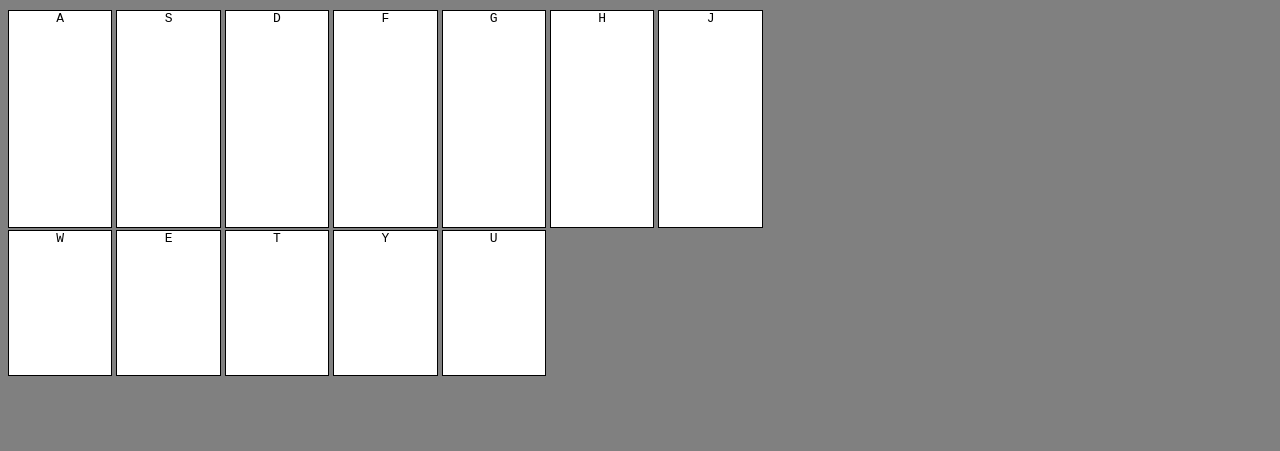
Repository: ctcoleman/Virtual-Piano
Page: index.html
These files come from the project's save history. The page is drawn as it stood at one moment and after a run of saves; the edit follows.
The browser window is 1280 px wide. The pictures show the whole page.

Above is the page before, as saved 2020-07-20 08:45:07.

After the next 2 saves:
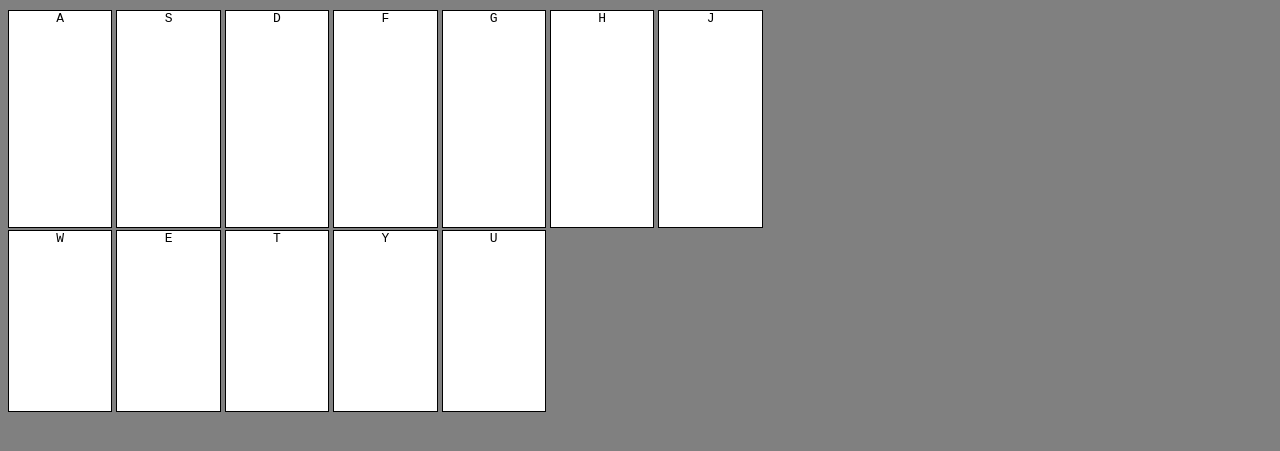
The 2 saves are shown as one change because they came seconds apart.
The last was saved 10 s later.
--- a/index.css
+++ b/index.css
@@ -27,7 +27,7 @@ html {
     text-align: center;
     display: inline-block;
     min-width: 8vw;
-    height: 20vh;
+    height: 25vh;
     background: white;
     border: 1px solid black;
 }
